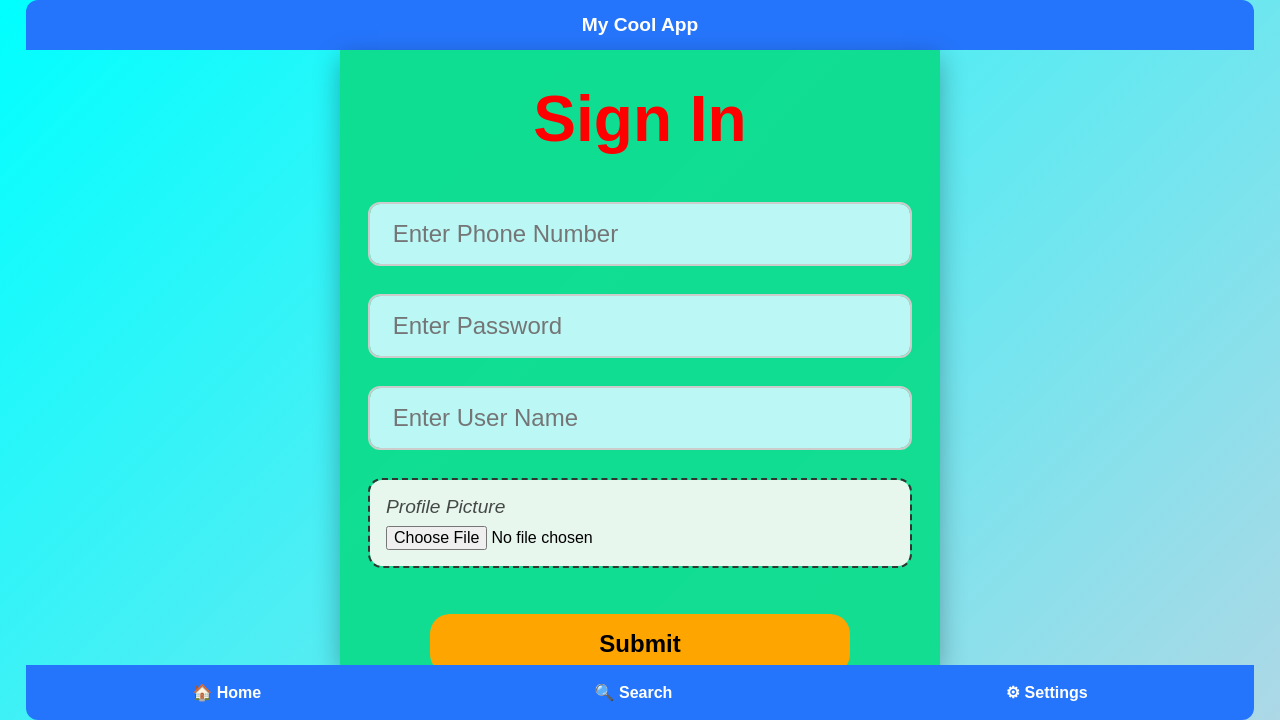
Repository: Amani-Kibet/express-app-web
Page: pages/signup/signIn.html
These files come from the project's save history. The page is drawn as it stood at one moment and after the next save; the edit follows.
The browser window is 1280 px wide. The pictures show the whole page.
An inner scrolling area shows only its first screen.

Above is the page before, as saved 2025-09-28 20:57:47.

### pages/signup/signIn.html
<!DOCTYPE html>
<html lang="en">
<head>
  <meta charset="UTF-8">
  <meta name="viewport" content="width=device-width, initial-scale=1.0">
  <title>Signin Page</title>
  <style>
    /* Reset */
    * {
      margin: 0;
      padding: 0;
      box-sizing: border-box;
    }

    html, body {
      height: 100%;
      width: 100%;
      font-family: Arial, sans-serif;
      background: linear-gradient(135deg, cyan, lightblue);
      overflow: hidden;
    }

    body {
      display: flex;
      flex-direction: column;
      justify-content: space-between;
      align-items: center;
      padding: 0 2%;
    }

    /* Top App Bar */
    .top-bar {
      width: 100%;
      height: 50px;
      background: #2575fc;
      color: white;
      display: flex;
      align-items: center;
      justify-content: center;
      font-weight: bold;
      font-size: 1.2rem;
      border-top-left-radius: 12px;
      border-top-right-radius: 12px;
    }

    /* Bottom App Bar */
    .bottom-bar {
      width: 100%;
      height: 55px;
      background: #2575fc;
      color: white;
      display: flex;
      align-items: center;
      justify-content: space-around;
      font-size: 1rem;
      border-bottom-left-radius: 12px;
      border-bottom-right-radius: 12px;
    }

    .bottom-bar a {
      color: white;
      text-decoration: none;
      font-weight: bold;
      transition: 0.3s;
    }

    .bottom-bar a:hover {
      color: yellow;
    }

    /* Main content */
    main {
      width: 100%;
      max-width: 600px;
      display: flex;
      flex-direction: column;
      align-items: center;
      flex: 1;
      overflow-y: auto;
      padding: 2rem 0;
      box-shadow: 0 8px 25px rgba(0,0,0,0.3);
      background: rgba(13, 221, 141, 0.95);
      animation: fadeIn 1s ease-in-out;
    }

    h2 {
      color: red;
      font-size: clamp(2rem, 6vw, 4rem);
      margin-bottom: 2rem;
      text-align: center;
    }

    .inputs {
      width: 90%;
      padding: 1rem;
      margin: 1rem 0;
      border-radius: 10px;
      font-size: clamp(1rem, 3vw, 1.5rem);
      background-color: rgba(186, 247, 245, 1);
      border: none;
      outline: 2px solid #ccc;
      transition: 0.3s;
    }

    .inputs:focus {
      outline: 3px solid #2575fc;
      background-color: #f0fff9;
    }

    #picC {
      display: flex;
      flex-direction: column;
      align-items: flex-start;
      padding: 1rem;
      width: 90%;
      background: #e8f7ee;
      border-radius: 12px;
      outline: 2px dashed #333;
    }

    #picI {
      margin-top: 0.5rem;
      font-size: 1rem;
    }

    #picT {
      font-size: clamp(0.8rem, 2.5vw, 1.2rem);
      opacity: 0.7;
      color: black;
    }

    #submit {
      background: orange;
      width: 70%;
      padding: 1rem;
      margin-top: 2rem;
      border-radius: 20px;
      font-size: clamp(1rem, 3vw, 1.5rem);
      font-weight: bold;
      border: none;
      cursor: pointer;
      transition: 0.3s;
    }

    #submit:hover {
      background: darkorange;
      transform: scale(1.05);
    }

    .links {
      margin-top: 2rem;
      font-weight: 800;
      font-size: clamp(1rem, 3vw, 1.2rem);
      color: yellow;
      text-decoration: none;
      transition: 0.3s;
    }

    .links:hover {
      color: white;
    }

    #msg {
      background: lightblue;
      width: 80%;
      padding: 1.5rem;
      border-radius: 10px;
      outline: 3px groove yellow;
      display: none;
      text-align: center;
      margin-top: 2rem;
    }

    .prog {
      font-size: clamp(2rem, 10vw, 5rem);
      margin: 0.5rem;
    }

    #progC {
      display: flex;
      justify-content: center;
      align-items: center;
      animation: spin 4s ease-in-out infinite;
    }

    #msgT, #loginT {
      font-size: clamp(1rem, 4vw, 1.5rem);
      margin-top: 1rem;
      font-weight: bold;
    }

    #msgT { color: blue; }
    #loginT { color: rgb(255, 60, 0); }

    @keyframes spin {
      0% { transform: rotateY(0deg) rotateX(0deg); }
      50% { transform: rotateY(360deg) rotateX(60deg); }
      100% { transform: rotateY(0deg) rotateX(0deg); }
    }
    @keyframes bounce {
      from { transform: translateY(0); }
      to { transform: translateY(-15px); }
    }

    @keyframes fadeIn {
      from { opacity: 0; transform: scale(0.95); }
      to { opacity: 1; transform: scale(1); }
    }
  </style>
</head>
<body>
  <div class="top-bar">My Cool App</div>

  <main>
    <h2>Sign In</h2>
    <input type="number" class="inputs" id="phoneI" placeholder=" Enter Phone Number">
    <input type="password" class="inputs" id="passI" placeholder=" Enter Password">
    <input type="text" class="inputs" id="nameI" placeholder=" Enter User Name">
    <div id="picC" class="inputs">
      <i id="picT">Profile Picture</i>
      <input id="picI" type="file" name="image">
    </div>
    <button id="submit" onclick="f1()">Submit</button>
    <a class="links" id="link1" href="/pages/signup/logIn.html">Have an account?</a>

    <div id="msg">
      <div id="progC">
        <div id="prog1" class="prog">🔴</div>
        <div id="prog2" class="prog">🟢</div>
      </div>
      <p id="loginT">Please wait...</p>
      <h3 id="msgT">No text returned</h3>
    </div>
  </main>

  <div class="bottom-bar">
    <a href="#">🏠 Home</a>
    <a href="#">🔍 Search</a>
    <a href="#">⚙ Settings</a>
  </div>
</body>
</html>

After the next save:
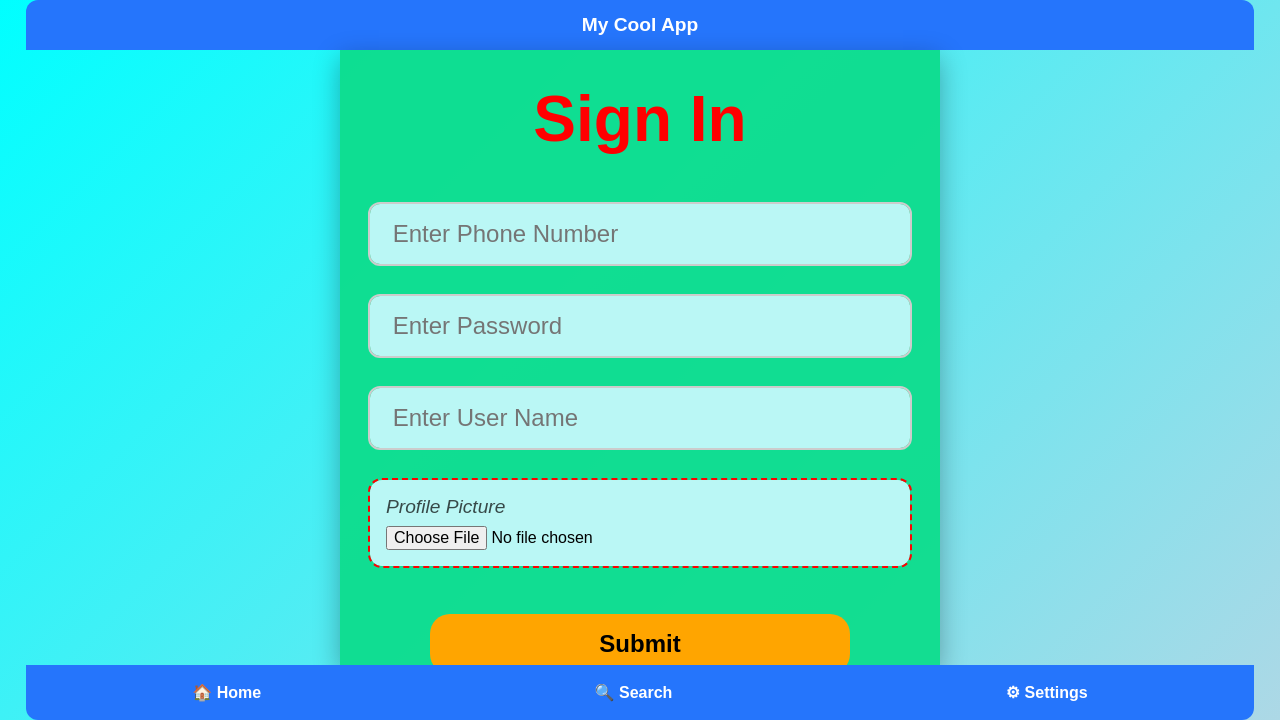
Saved 34 s later.
--- a/pages/signup/signIn.html
+++ b/pages/signup/signIn.html
@@ -104,7 +104,7 @@
 
     .inputs:focus {
       outline: 3px solid #2575fc;
-      background-color: #f0fff9;
+      background-color: #ffffffff;
     }
 
     #picC {
@@ -113,9 +113,9 @@
       align-items: flex-start;
       padding: 1rem;
       width: 90%;
-      background: #e8f7ee;
+      background: rgba(186, 247, 245, 1);
       border-radius: 12px;
-      outline: 2px dashed #333;
+      outline: 2px dashed #ff0000ff;
     }
 
     #picI {
